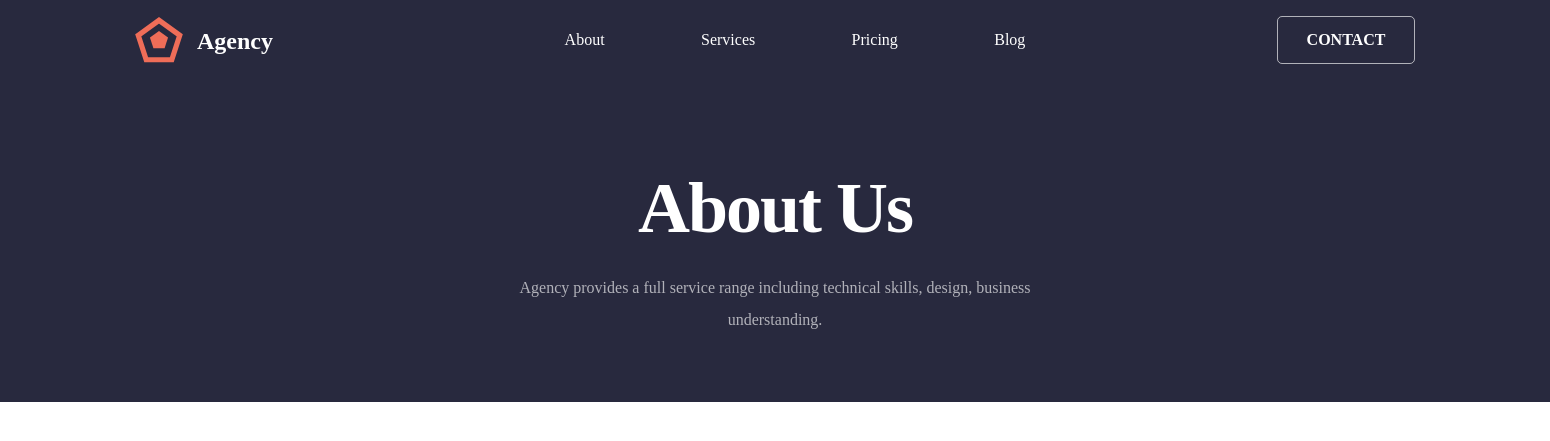
Repository: NatiqSamiyev/image-task
Page: homePage/index.html
The author's editor kept a copy of each file at every save. The page is drawn from the files as they stood at one save, then again after the next save.
The browser window is 1280 px wide. The page is 1550 px wide, then 1280 px, so the pictures cover 1550 px, including what lies to the right of the window. The pictures show the whole page.

Above is the page before, as saved 2023-08-26 15:06:11.

After the next save:
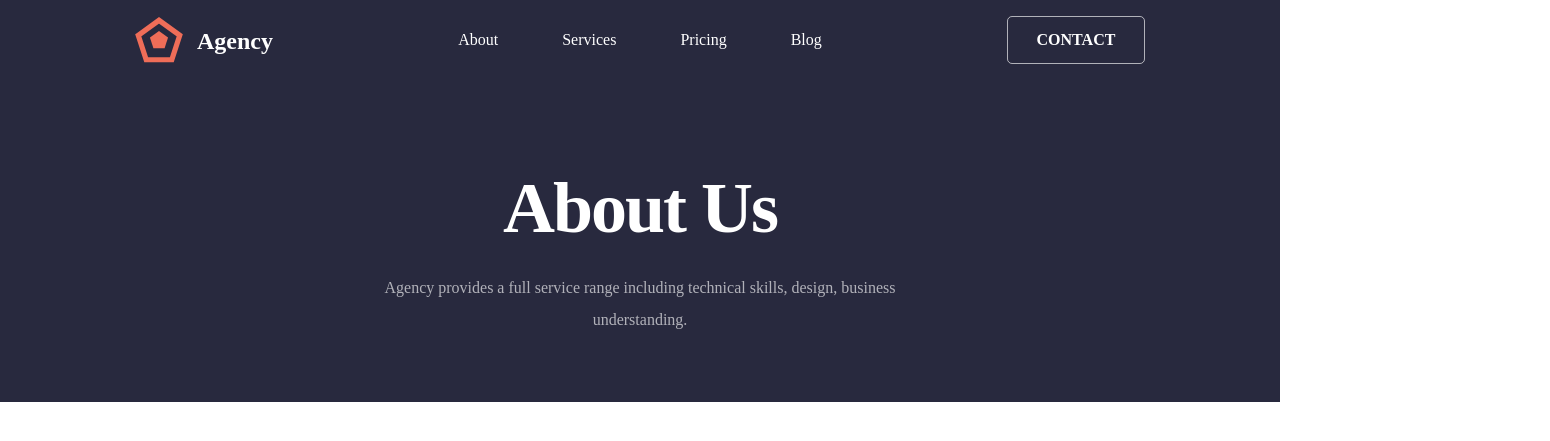
Saved 7 s later.
--- a/homePage/index.css
+++ b/homePage/index.css
@@ -1,6 +1,7 @@
 *{
     margin: 0;
-    ba
+    padding: 0;
+    box-sizing: border-box;
 }
 /* page -3 */
 
